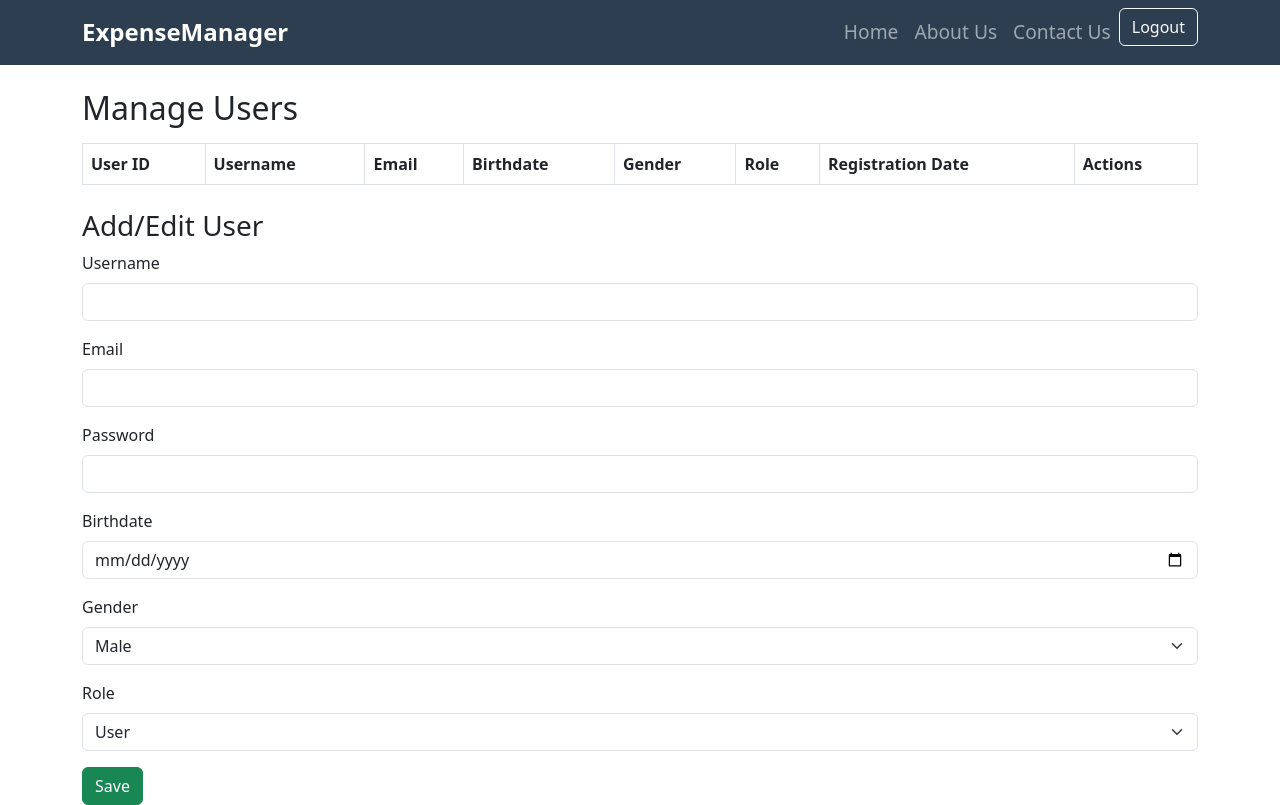
Repository: omlokhande1212/Expense-management
Page: http://localhost/Demo/manageUsers.jsp
An editor plug-in stored every save of this project. The page is shown before and after the next save, followed by the edit.
The browser window is 1280 px wide. The pictures show the whole page.
The page is served by Tomcat 10. Other server files are loaded and not shown. Queries for data that is not in the repository find no rows.

Above is the page before, as saved 2024-11-28 18:56:39.

### expense/Demo/src/main/webapp/manageUsers.jsp
<%@ page import="java.sql.*, java.util.*" %>
<!DOCTYPE html>
<html lang="en">
<head>
    <meta charset="UTF-8">
    <title>Manage Users</title>
    <link rel="stylesheet" href="https://cdn.jsdelivr.net/npm/bootstrap@5.3.0/dist/css/bootstrap.min.css">
<style >
   .navbar {
            background-color: #2c3e50;
        }
        .navbar-brand {
            font-weight: bold;
            font-size: 1.5rem;
        }
        .navbar-nav .nav-link {
            font-size: 1.2rem;
            padding: 10px 15px;
        }
        .navbar-nav .nav-link:hover {
            background-color: #34495e;
            color: white;
        }</style>
</head>
<body>
 <!-- Navbar -->
    <nav class="navbar navbar-expand-lg navbar-dark">
        <div class="container">
            <a class="navbar-brand" href="#">ExpenseManager</a>
            <button class="navbar-toggler" type="button" data-bs-toggle="collapse" data-bs-target="#navbarNav">
                <span class="navbar-toggler-icon"></span>
            </button>
            <div class="collapse navbar-collapse" id="navbarNav">
                <ul class="navbar-nav ms-auto">
                     <li class="nav-item">
                        <a class="nav-link" href="admindashboard.jsp">Home</a>
                    </li>
                    <li class="nav-item">
                        <a class="nav-link" href="aboutus.html">About Us</a>
                    </li>
                    <li class="nav-item">
                        <a class="nav-link" href="contactus.html">Contact Us</a>
                    </li>
                    <li class="nav-item">
                        <a class="btn btn-outline-light" href="index.html">Logout</a>
                    </li>
                </ul>
            </div>
        </div>
    </nav>
<div class="container mt-4">
    <h2 class="mb-3">Manage Users</h2>
    <!-- Table to Display Users -->
    <table class="table table-bordered">
        <thead>
        <tr>
            <th>User ID</th>
            <th>Username</th>
            <th>Email</th>
            <th>Birthdate</th>
            <th>Gender</th>
            <th>Role</th>
            <th>Registration Date</th>
            <th>Actions</th>
        </tr>
        </thead>
        <tbody>
        <%
            Connection conn = null;
            Statement stmt = null;
            ResultSet rs = null;
            try {
                // Database connection
                Class.forName("com.mysql.cj.jdbc.Driver");
                conn = DriverManager.getConnection("jdbc:mysql://localhost:3306/expensemanagementsystem", "root", "Root@123");
                stmt = conn.createStatement();
                rs = stmt.executeQuery("SELECT * FROM users");
                while (rs.next()) {
        %>
        <tr>
            <td><%= rs.getInt("user_id") %></td>
            <td><%= rs.getString("username") %></td>
            <td><%= rs.getString("email") %></td>
            <td><%= rs.getDate("birthdate") %></td>
            <td><%= rs.getString("gender") %></td>
            <td><%= rs.getString("role") %></td>
            <td><%= rs.getTimestamp("registration_date") %></td>
            <td>
                <a href="edituser.jsp?id=<%= rs.getInt("user_id") %>" class="btn btn-sm btn-primary">Edit</a>
                <a href="deleteuser.jsp?id=<%= rs.getInt("user_id") %>" class="btn btn-sm btn-danger">Delete</a>
            </td>
        </tr>
        <%
                }
            } catch (Exception e) {
                e.printStackTrace();
            } finally {
                if (rs != null) rs.close();
                if (stmt != null) stmt.close();
                if (conn != null) conn.close();
            }
        %>
        </tbody>
    </table>

    <!-- Form to Add/Edit Users -->
    <h3 class="mt-4">Add/Edit User</h3>
    <form action="saveuser.jsp" method="post">
        <input type="hidden" name="user_id" value="" />
        <div class="mb-3">
            <label for="username" class="form-label">Username</label>
            <input type="text" name="username" id="username" class="form-control" required>
        </div>
        <div class="mb-3">
            <label for="email" class="form-label">Email</label>
            <input type="email" name="email" id="email" class="form-control" required>
        </div>
        <div class="mb-3">
            <label for="password" class="form-label">Password</label>
            <input type="password" name="password" id="password" class="form-control" required>
        </div>
        <div class="mb-3">
            <label for="birthdate" class="form-label">Birthdate</label>
            <input type="date" name="birthdate" id="birthdate" class="form-control">
        </div>
        <div class="mb-3">
            <label for="gender" class="form-label">Gender</label>
            <select name="gender" id="gender" class="form-select">
                <option value="male">Male</option>
                <option value="female">Female</option>
                <option value="other">Other</option>
            </select>
        </div>
        <div class="mb-3">
            <label for="role" class="form-label">Role</label>
            <select name="role" id="role" class="form-select">
                <option value="user">User</option>
                <option value="admin">Admin</option>
            </select>
        </div>
        <button type="submit" class="btn btn-success">Save</button>
    </form>
</div>
</body>
</html>

After the next save:
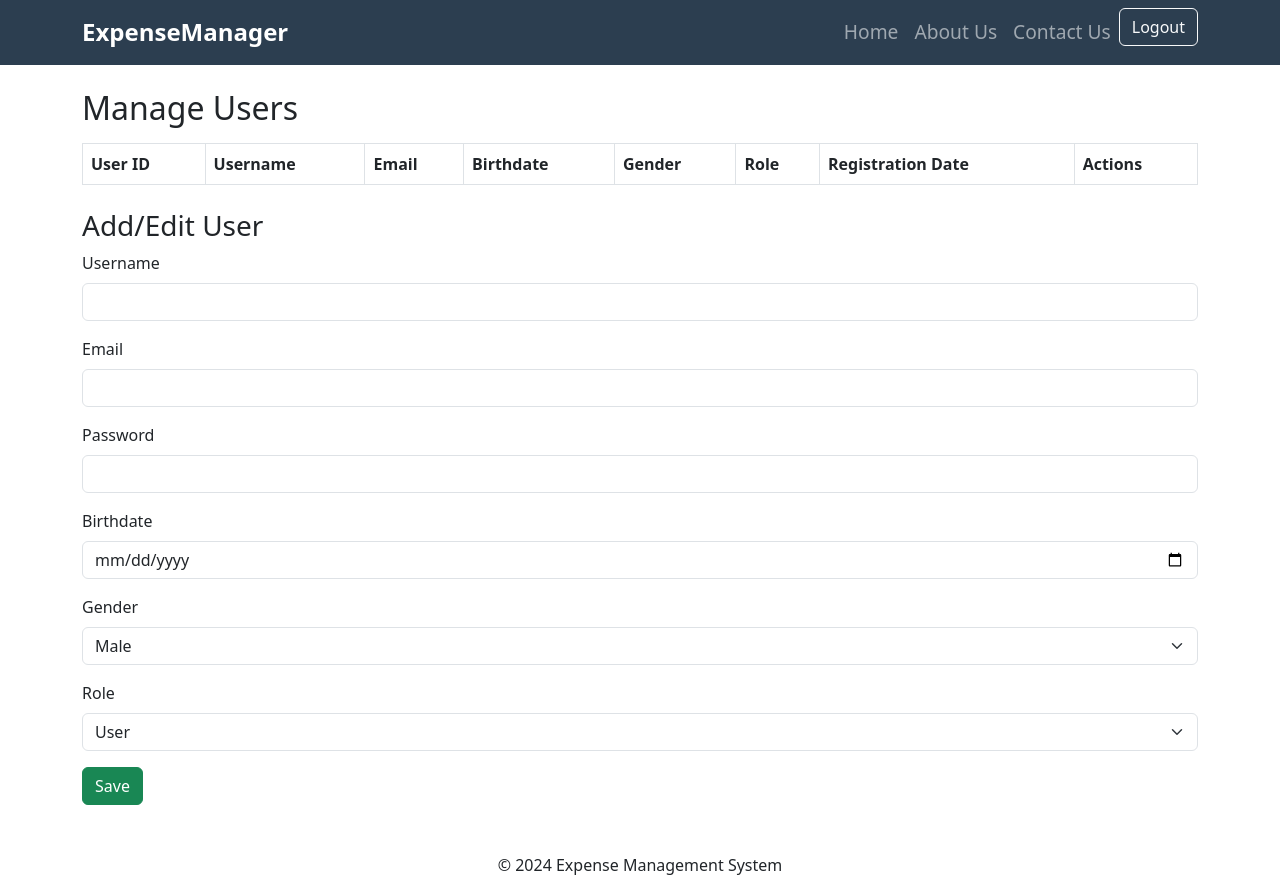
Saved 114 s later.
--- a/expense/Demo/src/main/webapp/manageUsers.jsp
+++ b/expense/Demo/src/main/webapp/manageUsers.jsp
@@ -141,5 +141,16 @@
         <button type="submit" class="btn btn-success">Save</button>
     </form>
 </div>
+<!-- Footer Section -->
+  <footer class="footer mt-5">
+    <div class="container text-center">
+      <p>&copy; 2024 Expense Management System</p>
+      <div class="social-icons">
+        <a href="https://facebook.com" target="_blank"><i class="fab fa-facebook"></i></a>
+        <a href="https://instagram.com" target="_blank"><i class="fab fa-instagram"></i></a>
+        <a href="https://linkedin.com" target="_blank"><i class="fab fa-linkedin"></i></a>
+      </div>
+    </div>
+  </footer>
 </body>
 </html>
